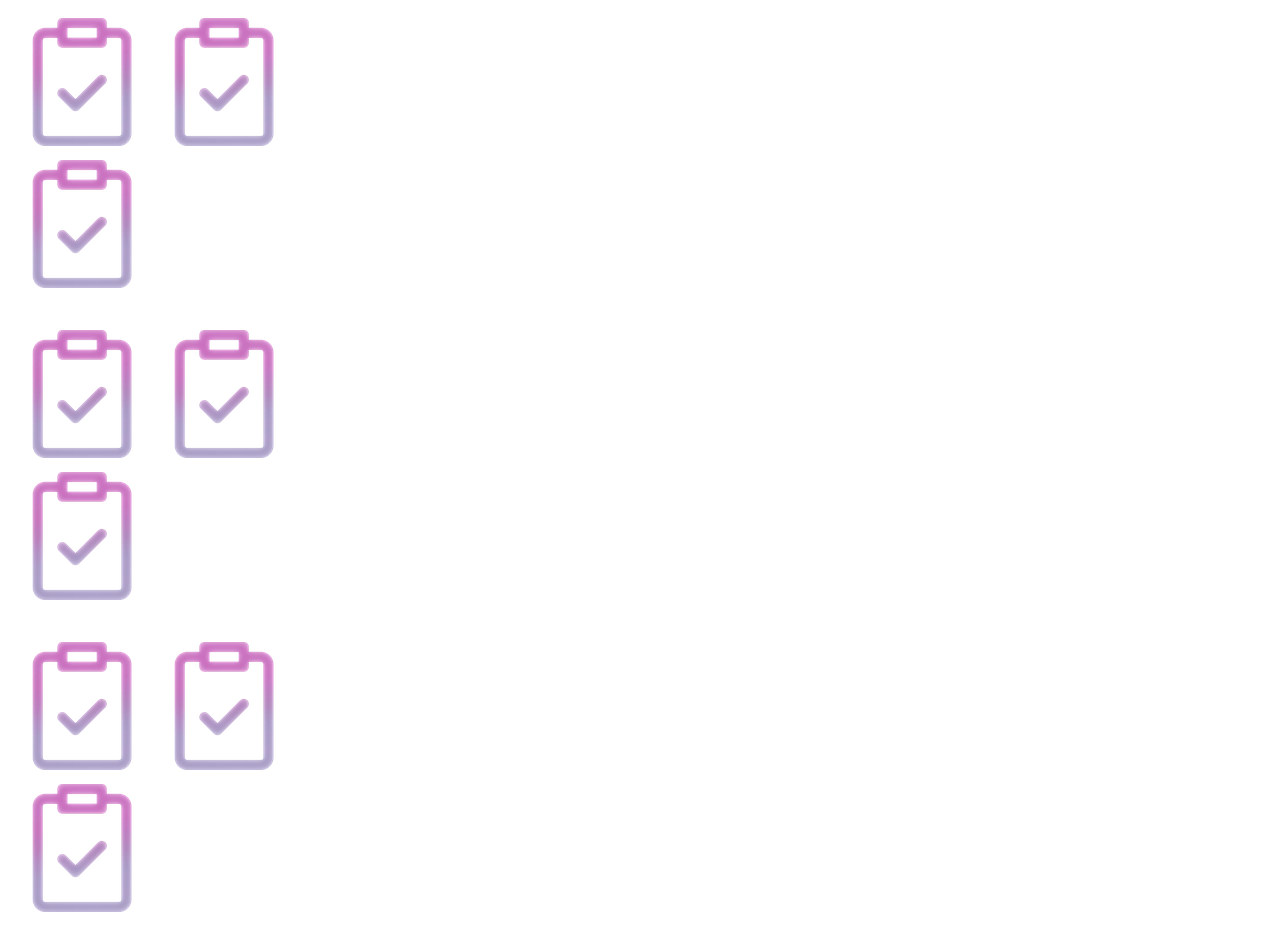
Repository: vichubenzene/-MWin_ui
Page: main.html
An editor plug-in stored every save of this project. The page is shown before and after the next save, followed by the edit.
The browser window is 1280 px wide. The pictures show the whole page.

Above is the page before, as saved 2022-10-09 01:59:55.

### main.html
<!DOCTYPE html>
<html lang="en">

<head>
    <meta charset="UTF-8">
    <meta name="viewport" content="width=device-width, initial-scale=1.0">
    <meta http-equiv="X-UA-Compatible" content="ie=edge">
    <title>Checkbox</title>
    <style>
        .column {
            float: left;
            width: 33.33%;
            padding: 5px;
        }
        /* Clear floats after image containers */

        .row::after {
            content: "";
            clear: both;
            display: table;
        }
    </style>
</head>

<body>

    <div class="row">
        <div class="column">
            <img src="images/834541394987057242.png" alt="Snow" style="padding: 5px">
            <img src="images/834541394987057242.png" alt="Snow" style="padding: 5px">
            <img src="images/834541394987057242.png" alt="Snow" style=" padding: 5px">
        </div>
    </div>
    <br>
    <div class="row">
        <div class="column">
            <img src="images/834541394987057242.png" alt="Snow" style="padding: 5px">
            <img src="images/834541394987057242.png" alt="Snow" style="padding: 5px">
            <img src="images/834541394987057242.png" alt="Snow" style="padding: 5px">

        </div>
    </div>
    <br>
    <div class="row">
        <div class="column">
            <img src="images/834541394987057242.png" alt="Snow" style="padding: 5px">
            <img src="images/834541394987057242.png" alt="Snow" style="padding: 5px">
            <img src="images/834541394987057242.png" alt="Snow" style="padding: 5px">

        </div>
    </div>

</body>

</html>

After the next save:
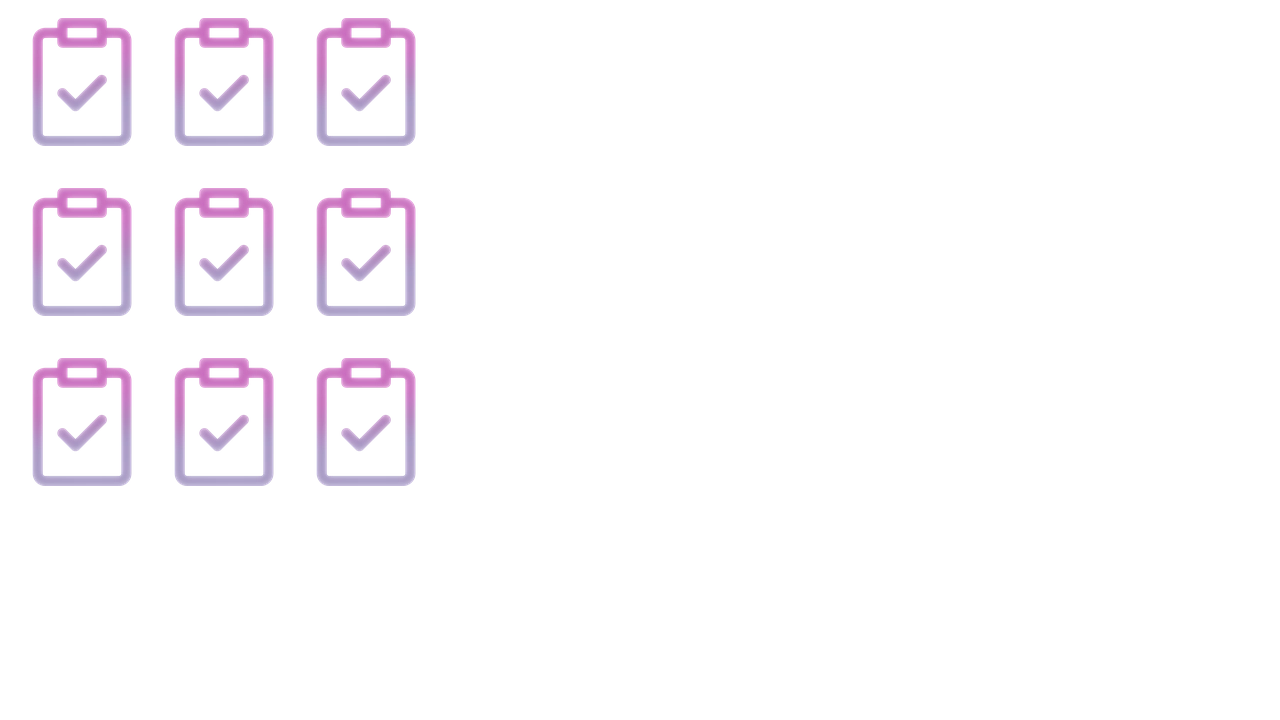
Saved 33 s later.
--- a/main.html
+++ b/main.html
@@ -9,7 +9,6 @@
     <style>
         .column {
             float: left;
-            width: 33.33%;
             padding: 5px;
         }
         /* Clear floats after image containers */

After the 5 saves that followed:
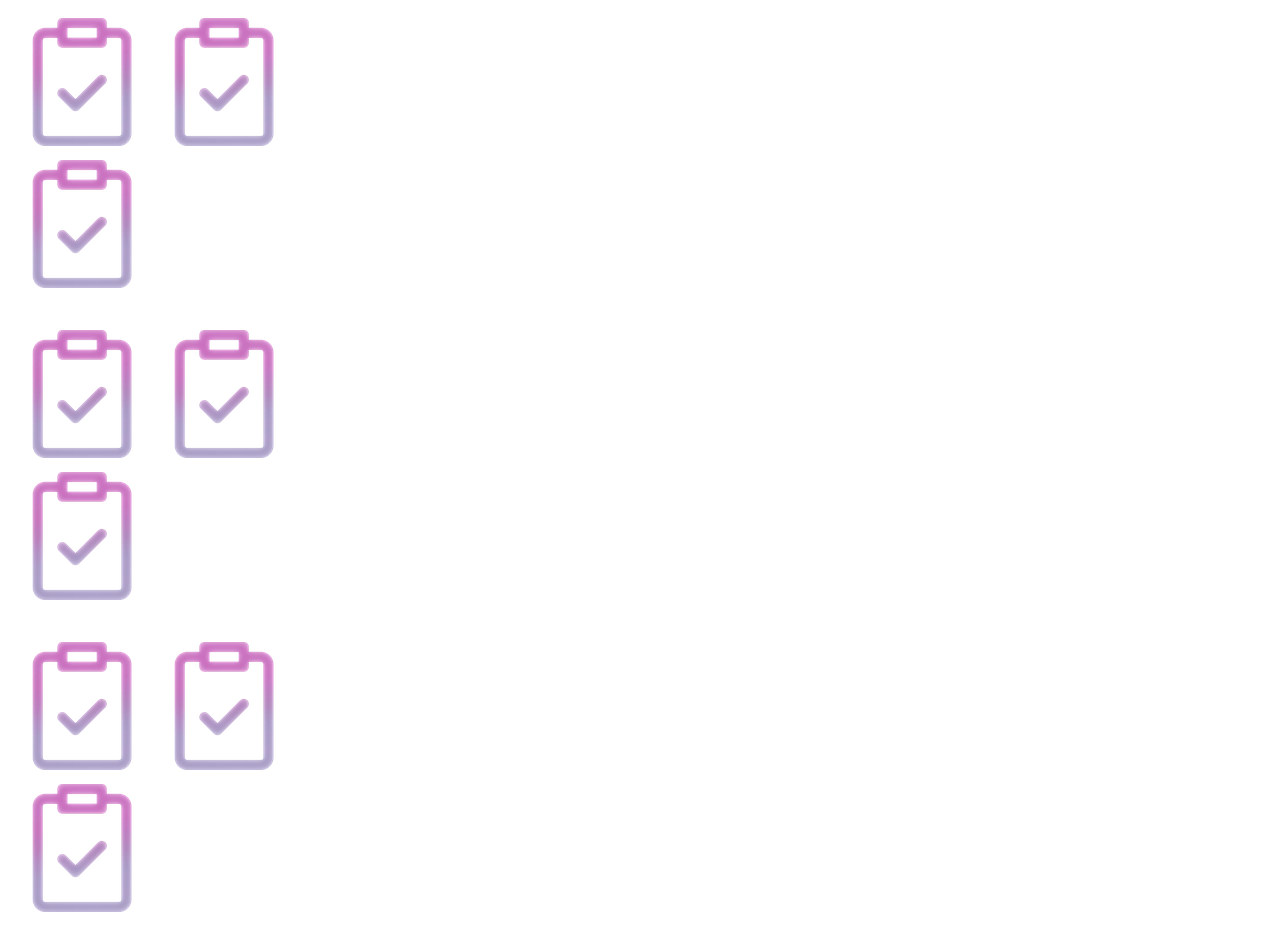
The 5 saves are shown as one change because 4 left the picture as it was.
The last was saved 4 min 17 s later.
--- a/main.html
+++ b/main.html
@@ -8,8 +8,12 @@
     <title>Checkbox</title>
     <style>
         .column {
-            float: left;
+            float: center;
             padding: 5px;
+            height: 30%;
+            width: 30%;
+            min-width: "22vh";
+            min-height: "22vh";
         }
         /* Clear floats after image containers */
 
